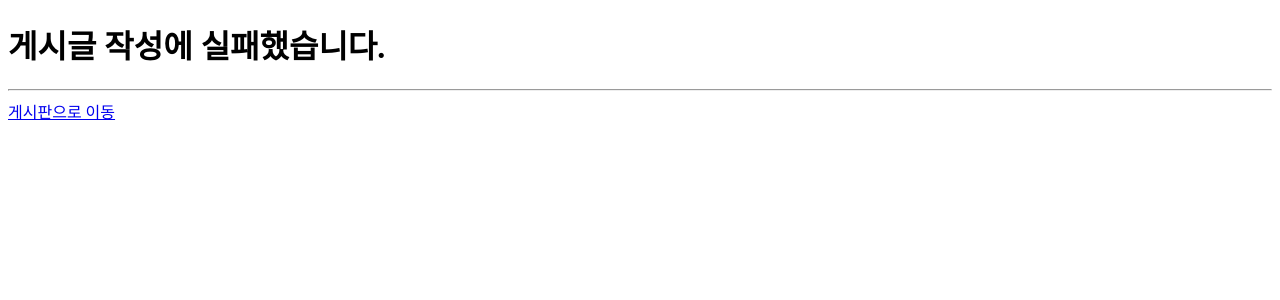
Repository: bbookk1104/spring-workspace
Page: http://localhost/02_SpringMVC_CRUD/boardWrite.do
An editor plug-in stored every save of this project. The page is shown before and after the next save, followed by the edit.
The browser window is 1280 px wide. The pictures show the whole page.
The page is served by Tomcat 9. Queries for data that is not in the repository find no rows.

Above is the page before, as saved 2022-10-04 04:51:56.

After the next save:
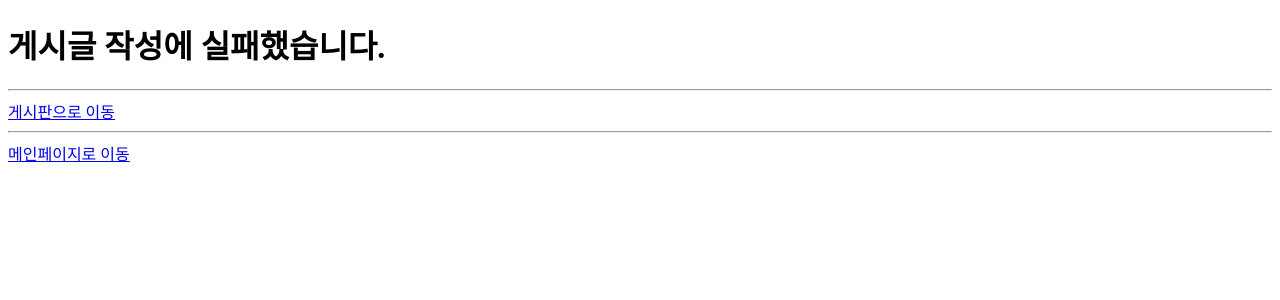
Saved 2 min 22 s later.
--- a/02_SpringMVC_CRUD/src/main/webapp/WEB-INF/views/board/boardWriteResult.jsp
+++ b/02_SpringMVC_CRUD/src/main/webapp/WEB-INF/views/board/boardWriteResult.jsp
@@ -10,5 +10,7 @@
 	<h1>${message }</h1>
 	<hr>
 	<a href="/boardList.do">게시판으로 이동</a>
+	<hr>
+	<a href="/">메인페이지로 이동</a>
 </body>
 </html>
